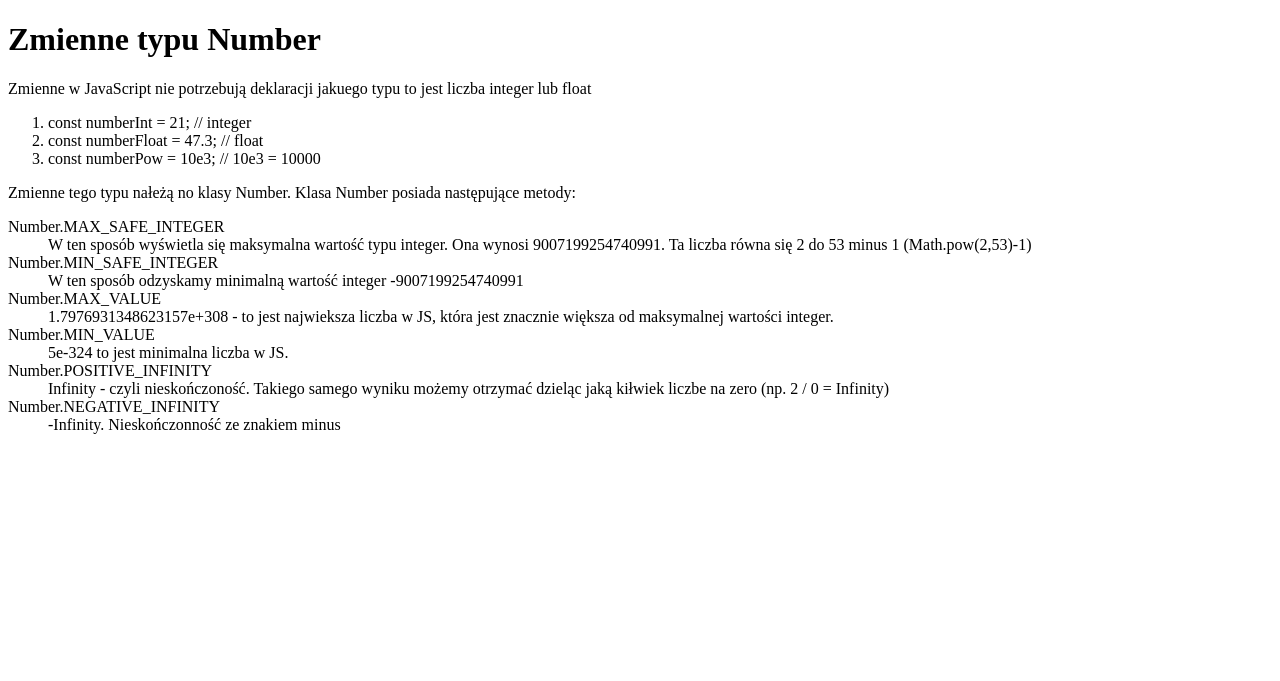
Repository: romanstetsiuk1/JS_learn
Page: number.html
An editor plug-in stored every save of this project. The page is shown before and after the next save, followed by the edit.
The browser window is 1280 px wide. The pictures show the whole page.

Above is the page before, as saved 2020-08-13 14:44:16.

After the next save:
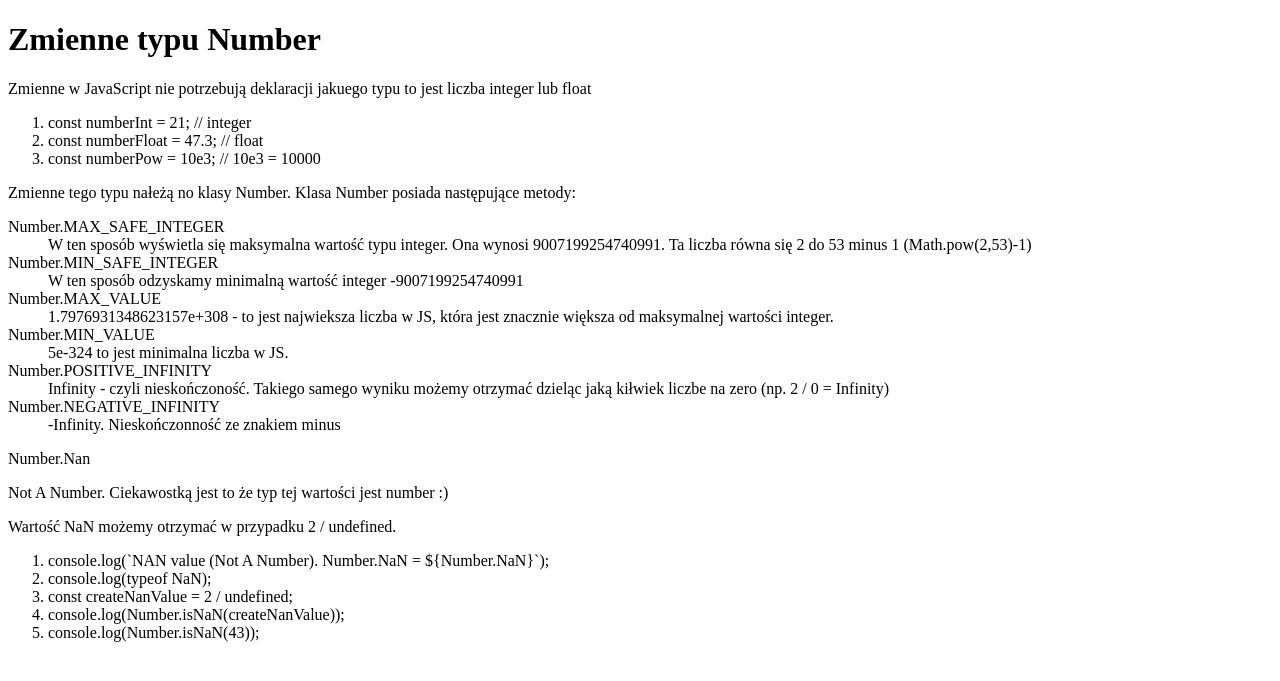
Saved 25 min 30 s later.
--- a/number.html
+++ b/number.html
@@ -48,8 +48,22 @@
 
         <dt>Number.NEGATIVE_INFINITY</dt>
         <dd>-Infinity. Nieskończonność ze znakiem minus</dd>
+      </dl>
+    </article>
 
-      </dl>
+    <article>
+      <p>Number.Nan</p>
+      <p>Not A Number. Ciekawostką jest to że typ tej wartości jest number :)</p>
+      <p>Wartość NaN możemy otrzymać w przypadku 2 / undefined.</p>
+      <div class="vsCode">
+        <ol>
+          <li>console.log(`NAN value (Not A Number). Number.NaN = ${Number.NaN}`);</li>
+          <li>console.log(typeof NaN);</li>
+          <li>const createNanValue = 2 / undefined;</li>
+          <li>console.log(Number.isNaN(createNanValue));</li>
+          <li>console.log(Number.isNaN(43));</li>
+        </ol>
+      </div>
     </article>
 
   </main>
